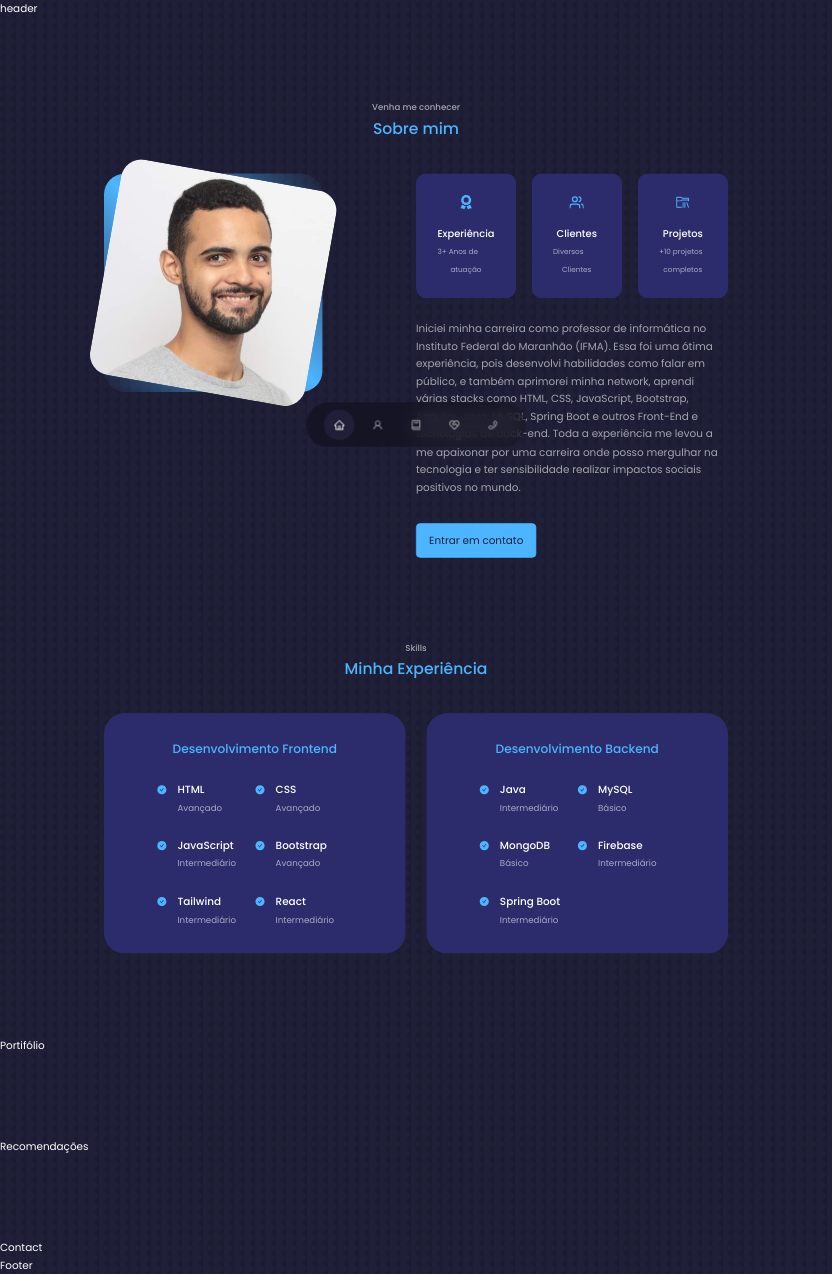
Repository: Mardoqueu/react-portfolio-website
Page: /
The author's editor kept a copy of each file at every save. The page is drawn from the files as they stood at one save, then again after the next save.
The browser window is 1280 px wide. The pictures show the whole page, at 65% of full size.
The project was rebuilt for these pictures with package versions that can differ from the ones it lists, and the page was loaded fresh each time. Also part of the build but not shown: src/components/header/header.css, src/components/services/services.css, src/components/portfolio/portfolio.css, src/components/testimonials/testimonials.css, src/components/contact/contact.css, src/components/footer/footer.css.

Above is the page before, as saved 2022-10-23 10:54:32.

### src/index.js
import ReactDom from 'react-dom';
import App from './App';
import './index.css';

ReactDom.render(<App/>, document.querySelector("#root"));

### src/App.jsx
import React from 'react'
import Header from './components/header/Header'
import Nav from './components/nav/Nav'
import About from './components/about/About'
import Experience from './components/experience/Experience'
import Services from './components/services/Services'
import Portfolio from './components/portfolio/Portfolio'
import Testimonials from './components/testimonials/Testimonials'
import Contact from './components/contact/Contact'
import Footer from './components/footer/Footer'


export const App = () => {
  return (
    <>
        <Header/>
        <Nav/>
        <About/>
        <Experience/>
        <Services/>
        <Portfolio/>
        <Testimonials/>
        <Contact/>
        <Footer/>
    </>
  )
}

export default App

### src/index.css
@import url('https://fonts.googleapis.com/css2?family=Poppins:wght@300;400;500;600&display=swap');

* {
    margin: 0;
    padding: 0;
    border: 0;
    outline: 0;
    box-sizing: border-box;
    list-style: none;
    text-decoration: none;
}

:root{
    --color-bg: #1f1f38;
    --color-bg-variant: #2c2c6c;
    --color-primary: #4db5ff;
    --color-primary-variant: rgba(77, 181, 255, 0.4);
    --color-white: #fff;
    --color-light: rgba(255, 255, 255, 0.6);

    --transition: all 400ms ease;

    --container-width-lg: 75%;
    --container-width-md: 86%;
    --container-width-sm: 90%;
}

html{
    scroll-behavior: smooth;
}

::-webkit-scrollbar{
    display: none;
}

body {
    font-family: 'Poppins', sans-serif;
    background: var(--color-bg);
    color: var(--color-white);
    line-height: 1.7;
    background-image: url(../src/assets/bg-texture.png);
}

/* ============== General Styles ============== */
.container {
    width: var(--container-width-lg);
    margin: 0 auto;
}

h1,
h2,
h3,
h4,
h5 {
    font-weight: 500;
}

h1{
    font-size: 2.5rem;
}

section{
    margin-top: 8rem;
}

section > h2, section > h5{
    text-align: center;
    color: var(--color-light);
}

section > h2 {
    color: var(--color-primary);
    margin-bottom: 3rem;
}

.text-light {
    color:var(--color-light);
}

a{
    color: var(--color-primary);
    transition: var(--transition);
}

a:hover{
    color: var(--color-white);
}

.btn{
    width: max-content;
    display: inline-block;
    color: var(--color-primary);
    padding: 0.75rem 1.2rem;
    border-radius: 0.4rem;
    cursor: pointer;
    border: 1px solid var(--color-primary);
    transition: var(--transition);
}

.btn:hover{
    background: var(--color-white);
    color: var(--color-bg);
    border-color: transparent;
}

.btn-primary{
    background: var(--color-primary);
    color: var(--color-bg);
}

img{
    display: block;
    width: 100%;
    justify-content: center;
    object-fit: cover;
}

/* ================ MEDIA QUERIES (MEDIUM DEVICES) ================ */
@media screen and (max-width: 1024px){
    .container{
        width: var(--container-width-md);
    }

    section {
        margin-top: 6rem;
    }
}

/* ================ MEDIA QUERIES (SMALL DEVICES) ================ */
@media screen and (max-width: 600px){
    .container{
        width: var(--container-width-sm);
    }

    section > h2 {
        margin-bottom: 2rem;
    }
}

### src/components/header/Header.jsx
import React from 'react'
import './header.css'
const header = () => {
  return (
    <div>header</div>
  )
}

export default header

### src/components/nav/Nav.jsx
import React from 'react'
import "./nav.css"
import {AiOutlineHome} from 'react-icons/ai'
import {AiOutlineUser} from 'react-icons/ai'
import {BiBook} from 'react-icons/bi'
import {RiServiceLine} from 'react-icons/ri'
import {AiOutlinePhone} from 'react-icons/ai'
import { useState } from 'react'

const Nav = () => {
  const [activeNav, setActiveNav] = useState('#');
  return (
    <nav>
      <a href="#" onClick={() => setActiveNav('#')} class={activeNav === '#' ? 'active' : ''}><AiOutlineHome/></a>
      <a href="#about" onClick={() => setActiveNav('#about')} class={activeNav === '#about' ? 'active' : ''}><AiOutlineUser/></a>
      <a href="#experience"  onClick={() => setActiveNav('#experience')} class={activeNav === '#experience' ? 'active' : ''}><BiBook/></a>
      <a href="#services" onClick={() => setActiveNav('#services')} class={activeNav === '#services' ? 'active' : ''}><RiServiceLine/></a>
      <a href="#contact" onClick={() => setActiveNav('#contact')} class={activeNav === '#contact' ? 'active' : ''}><AiOutlinePhone/></a>

    </nav>
  )
}

export default Nav

### src/components/about/About.jsx
import React from 'react'
import './about.css';
import ME from '../../assets/me-about.jpg'
import {FaAward} from 'react-icons/fa'
import {FiUsers} from 'react-icons/fi'
import {VscFolderLibrary} from 'react-icons/vsc'


const About = () => {
  return (
    <section id='about'>
      <h5>Venha me conhecer</h5>
      <h2>Sobre mim</h2>


      <div className='container about__container'>
        <div className='about__me'>
              <div className='about__me-image'>
                <img src={ME} alt="About"></img>
              </div>
          </div>

          <div className='about__content'>
              <div className='about__cards'>
                <article className='about__card'>
                  <FaAward className='about__icon'/>
                  <h5>Experiência</h5>
                  <small>3+ Anos de atuação</small>
                </article>

                <article className='about__card'>
                  <FiUsers className='about__icon'/>
                  <h5>Clientes</h5>
                  <small>Diversos Clientes</small>
                </article>

                <article className='about__card'>
                  <VscFolderLibrary className='about__icon'/>
                  <h5>Projetos</h5>
                  <small>+10 projetos completos</small>
                </article>
              </div>

              <p>
              Iniciei minha carreira como professor de informática no Instituto Federal do Maranhão (IFMA). Essa foi uma ótima experiência, pois desenvolvi habilidades como falar em público, e também aprimorei minha network, aprendi várias stacks como HTML, CSS, JavaScript, Bootstrap, Angular, Java, MySQL, Spring Boot e outros Front-End e tecnologias de back-end. Toda a experiência me levou a me apaixonar por uma carreira onde posso mergulhar na tecnologia e ter sensibilidade realizar impactos sociais positivos no mundo.
              </p>

              <a href='#contact' className='btn btn-primary'>Entrar em contato</a>
          </div>
      </div>
    </section>
  )
}

export default About

### src/components/experience/Experience.jsx
import React from 'react'
import './experience.css'
import {AiFillCheckCircle} from 'react-icons/ai'
const Experience = () => {
  return (
    <section id='experience'>
      <h5>Skills</h5>
      <h2>Minha Experiência</h2>

      <div className='container experience__container'>
          <div className='experience__frontend'>
            <h3>Desenvolvimento Frontend</h3>
            <div className='experience__content'>
              <article className='experience__details'>
                <AiFillCheckCircle class='experience_details-icon'/>
                <div>
                  <h4>HTML</h4>
                  <small className='text-light'>Avançado</small>
                </div>
              </article>
              <article className='experience__details'>
                <AiFillCheckCircle class='experience_details-icon'/>
                <div>
                  <h4>CSS</h4>
                  <small className='text-light'>Avançado</small>
                </div>
              </article>
              <article className='experience__details'>
                <AiFillCheckCircle class='experience_details-icon'/>
                <div>
                  <h4>JavaScript</h4>
                  <small className='text-light'>Intermediário</small>
                </div>
              </article>
              <article className='experience__details'>
                <AiFillCheckCircle class='experience_details-icon'/>
                <div>
                  <h4>Bootstrap</h4>
                  <small className='text-light'>Avançado</small>
                </div>
              </article>
              <article className='experience__details'>
                <AiFillCheckCircle class='experience_details-icon'/>
                <div>
                  <h4>Tailwind</h4>
                  <small className='text-light'>Intermediário</small>
                </div>
              </article>
              <article className='experience__details'>
                <AiFillCheckCircle class='experience_details-icon'/>
                <div>
                  <h4>React</h4>
                  <small className='text-light'>Intermediário</small>
                </div>
              </article>
            </div>
          </div>
          {/*End of Frontend*/}

          <div className='experience__backend'>
            <h3>Desenvolvimento Backend</h3>
            <div className='experience__content'>
              <article className='experience__details'>
                <AiFillCheckCircle class='experience_details-icon'/>
                <div>
                  <h4>Java</h4>
                  <small className='text-light'>Intermediário</small>
                </div>
              </article>
              <article className='experience__details'>
                <AiFillCheckCircle class='experience_details-icon'/>
                <div>
                  <h4>MySQL</h4>
                  <small className='text-light'>Básico</small>
                </div>
              </article>
              <article className='experience__details'>
                <AiFillCheckCircle class='experience_details-icon'/>
                <div>
                  <h4>MongoDB</h4>
                  <small className='text-light'>Básico</small>
                </div>
              </article>
              <article className='experience__details'>
                <AiFillCheckCircle class='experience_details-icon'/>
                <div>
                  <h4>Firebase</h4>
                  <small className='text-light'>Intermediário</small>
                </div>
              </article>
              <article className='experience__details'>
                <AiFillCheckCircle class='experience_details-icon'/>
                <div>
                  <h4>Spring Boot</h4>
                  <small className='text-light'>Intermediário</small>
                </div>
              </article>
            </div>
          </div>

        </div>
    </section>
  )
}

export default Experience

### src/components/services/Services.jsx
import React from 'react'
import './services.css'
const Services = () => {
  return (
    <section id='services'>

    </section>
  )
}

export default Services

### src/components/portfolio/Portfolio.jsx
import React from 'react'
import './portfolio.css'
const Portfolio = () => {
  return (
    <section id='portfolio'>Portifólio</section>
  )
}

export default Portfolio

### src/components/testimonials/Testimonials.jsx
import React from 'react'
import './testimonials.css'
const Testimonials = () => {
  return (
    <section id='testimonials'>Recomendações</section>
  )
}

export default Testimonials

### src/components/footer/Footer.jsx
import React from 'react'
import './footer.css';
const Nav = () => {
  return (
    <div>Footer</div>
  )
}

export default Nav

### src/components/nav/nav.css
nav{
    background: rgb(0, 0, 0, 0.3);
    width: max-content;
    display: block;
    padding: 0.7rem 1.7rem;
    z-index: 2;
    position: fixed;
    left: 50%;
    transform: translateX(-50%);
    bottom: 2rem;
    display: flex;
    gap: 0.8rem;
    border-radius: 3rem;
    backdrop-filter: blur(15px);
}

nav a {
    background: transparent;
    padding: 0.9rem;
    border-radius: 50%;
    display: flex;
    color: var(--color-light);
    font-size: 1.1rem;
}

nav a:hover{
    background: var(--color-light);
}

nav a.active {
    background: var(--color-bg);
    color: var(--color-white);
}

### src/components/about/about.css
.about__container{
    display: grid;
    grid-template-columns: 35% 50%;
    gap: 15%;
}

.about__me{
    width: 100%;
    aspect-ratio: 1/1;
    border-radius: 2rem;
    background: linear-gradient(
        45deg,
        transparent,
        var(--color-primary),
        transparent
    );
    display: grid;
    place-items: center;

}
.about__me-image{
    border-radius: 2rem;
    overflow: hidden;
    transform: rotate(10deg);
    transition: var(--transition);
}

.about__me-image:hover{
    transform: rotate(0deg);
}

.about__cards {
    display: grid;
    grid-template-columns: repeat(3, 1fr);
    gap: 1.5rem;
}

.about__card{
    background: var(--color-bg-variant);
    border: 1px solid transparent;
    border-radius: 1rem;
    padding: 2rem;
    text-align-last: center;
    transform: var(--transition);
}

.about__card:hover{
    background: transparent;
    border-color: var(--color-primary-variant);
    cursor: default;
}

.about__icon {
    color: var(--color-primary);
    font-size: 1.4rem;
    margin-bottom: 1rem;
}

.about__card h5 {
    font-size: 0.95rem;
}


.about__card small {
    font-size: 0.7rem;
    color: var(--color-light)
}

.about__content p{
    margin: 2rem 0 2.6rem;
    color: var(--color-light);
}

/* ================ MEDIA QUERIES (MEDIUM DEVICES) ================ */
@media screen and (max-width: 1024px){
    .about__container{
        grid-template-columns: 1fr;
        gap: 0;
    }

    .about__me{
        width: 50%;
        margin: 2rem auto 4rem;
    }

    .about__content p {
        margin: 1rem 0 1.5rem;
    }
}

/* ================ MEDIA QUERIES (SMALL DEVICES) ================ */
@media screen and (max-width: 600px){
    .about__me {
        width: 65%;
        margin: 0 auto 3rem;
    }

    .about__cards{
        grid-template-columns: 1fr 1fr;
        gap: 1rem;
    }

    .about__content{
        text-align: center;
    }

    .about__content p{
        margin: 1.5rem 0;
    }
}

### src/components/experience/experience.css
.experience__container{
    display: grid;
    grid-template-columns: 1fr 1fr;
    gap: 2rem;
}

.experience__container > div {
    background: var(--color-bg-variant);
    padding: 2.4rem 5rem;
    border-radius: 2rem;
    border: 1px solid transparent;
    transition: var(--transition);
}

.experience__container > div:hover{
    background: transparent;
    border-color: var(--color-primary-variant);
    cursor: default;
}

.experience__container > div h3{
    text-align: center;
    margin-bottom: 2rem;
    color: var(--color-primary);
}

.experience__content{
    display: grid;
    grid-template-columns: 1fr 1fr;
    row-gap: 2rem;
}

.experience__details {
    display: flex;
    gap: 1rem;
}

.experience_details-icon{
    margin-top: 6px;
    color: var(--color-primary);
}

/* ================ MEDIA QUERIES (MEDIUM DEVICES) ================ */
@media screen and (max-width: 1024px){
    .experience__container{
        grid-template-columns: 1fr;
    }

    .experience__container > div {
        width: 80%;
        padding: 2rem;
        margin: 0 auto;
    }

    .experience__content{
        padding: 1rem;
    }
}

/* ================ MEDIA QUERIES (SMALL DEVICES) ================ */
@media screen and (max-width: 600px){
    .experience__container{
        gap: 1rem;
    }

    .experience__container > div {
        width: 100%;
        padding: 2rem 1rem;
    }
}

Loaded but not shown: public/index.html (common file); src/components/contact/Contact.jsx (common file); src/components/services/services.css (no copy from this time; the picture is the same without it)

After the next save:
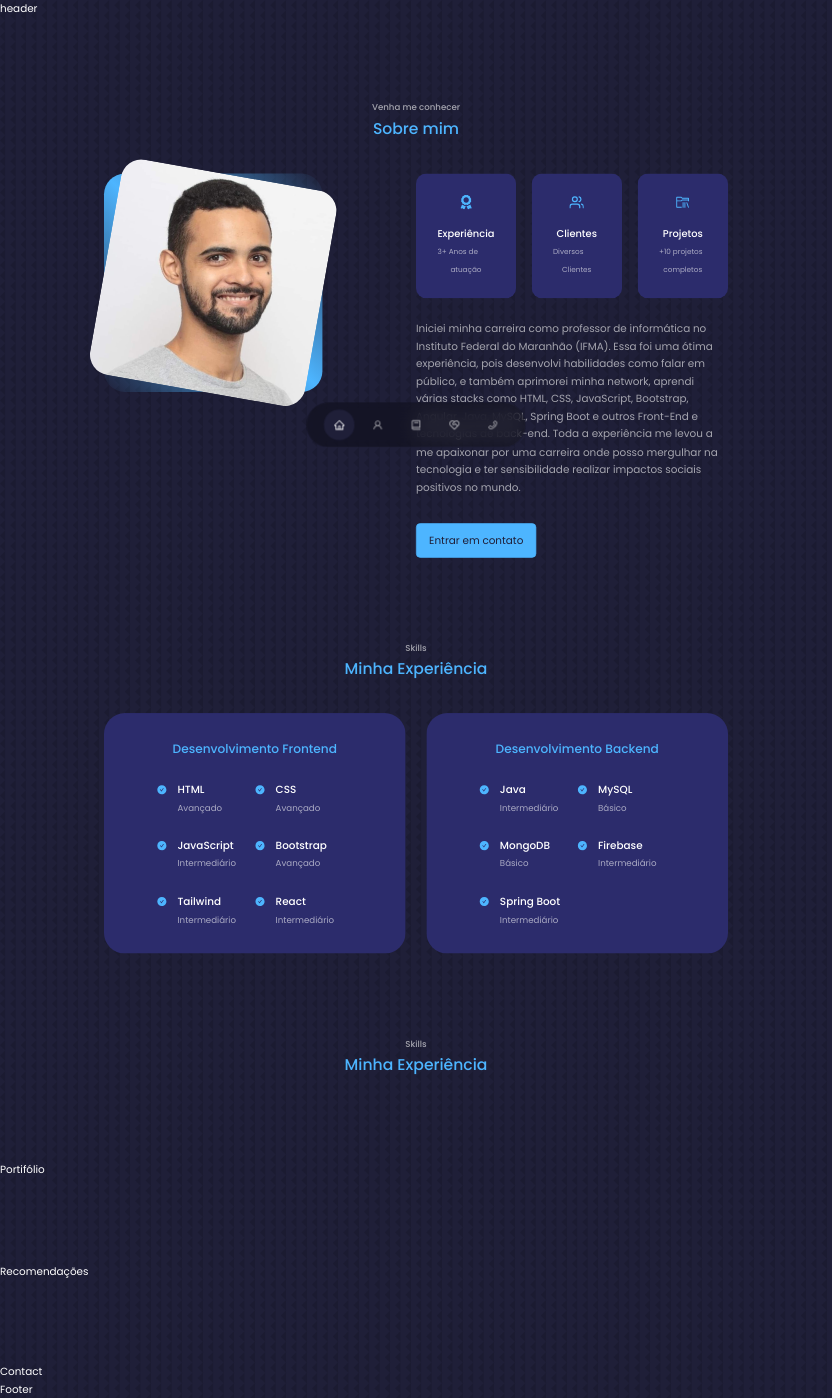
Saved 6 s later.
--- a/src/components/services/Services.jsx
+++ b/src/components/services/Services.jsx
@@ -3,7 +3,8 @@
 const Services = () => {
   return (
     <section id='services'>
-
+      <h5>Skills</h5>
+      <h2>Minha Experiência</h2>
     </section>
   )
 }
